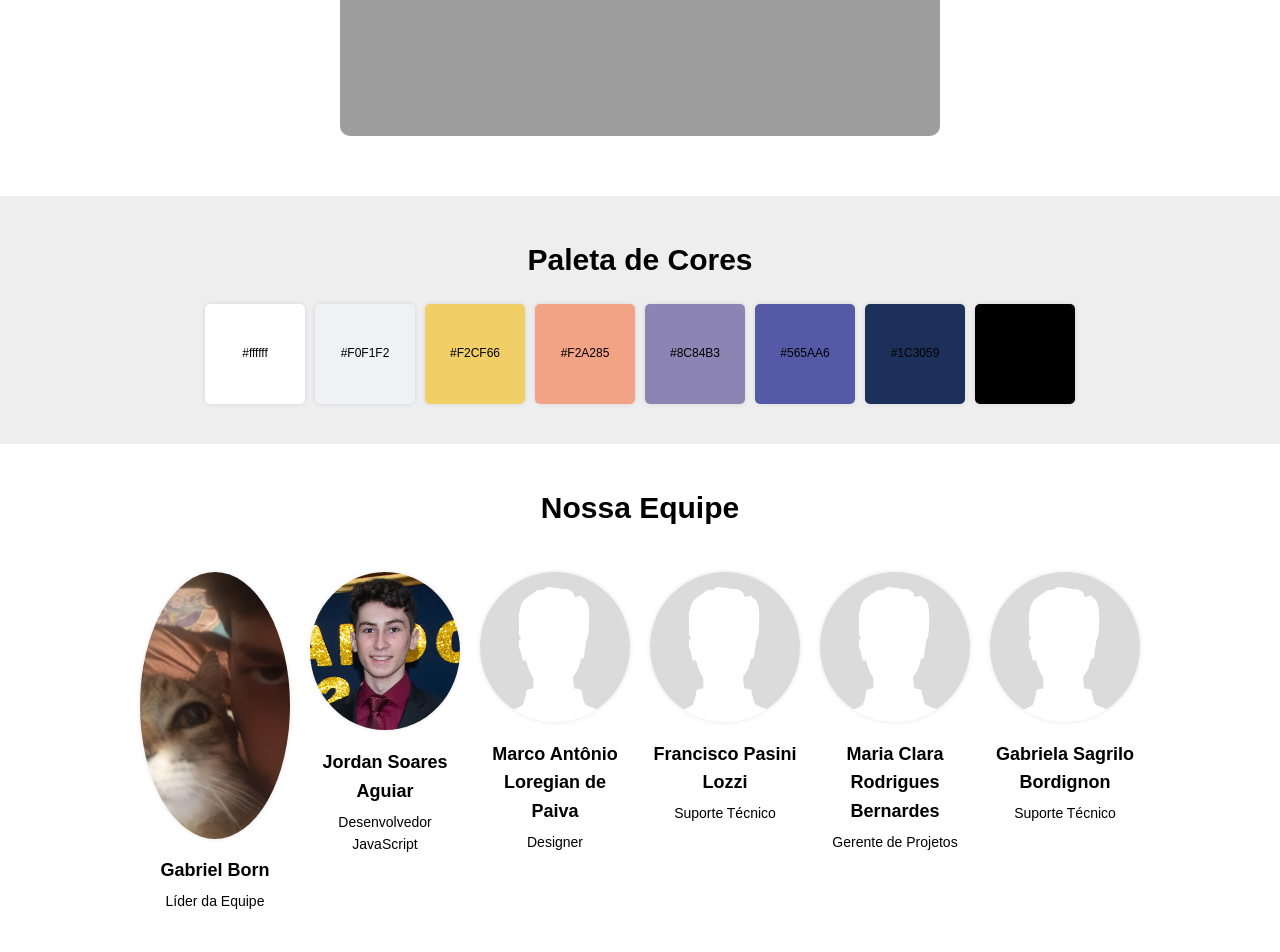
Repository: Gabrielb0rn/0EasyDesk.io
Page: about.html
An editor plug-in stored every save of this project. The page is shown before and after the next save, followed by the edit.
The browser window is 1280 px wide. The pictures show the part of the page from y = 800 to 1752 px (the page is 1752 px tall before and 1593 px after).
Pictures or frames that could not be fetched are drawn as grey boxes.

Above is the page before, as saved 2024-11-26 12:23:59.
Console error: TypeError: Cannot set properties of null (setting 'innerHTML')

### about.html
<!DOCTYPE html>
<html lang="pt-BR">
<head>
    <meta charset="UTF-8">
    <meta name="viewport" content="width=device-width, initial-scale=1.0">
    <title>EasyDesk</title>
    <link rel="stylesheet" href="assets\.css\components\about\about.css">
    <link rel="stylesheet" href="assets\.css\main.css">
    <link rel="shortcut icon" href="assets\.css\favicon\EasyDeskLogo.ico" type="image/x-icon">
</head>
<body>
    <header>
        <nav>
            <div class="left-section">
                <div class="logo">
                    <a href="index.html"><img src="assets\.css\favicon\EasyDeskLogo.ico" alt="Logo EasyDesk"></a>
                </div>
                <ul class="nav-links">
                    <li>
                        <img src="assets\.css\icons\nav\about-svgrepo-com.svg" alt="Sobre Nós">
                        <a href="about.html">Sobre Nós</a>
                    </li>
                    <li>
                        <img src="assets\.css\icons\nav\services-20px-svgrepo-com.svg" alt="Serviços">
                        <a href="services.html">Serviços</a>
                    </li>
                    <li>
                        <img src="assets\.css\icons\nav\prices-svgrepo-com.svg" alt="Preços / Planos">
                        <a href="prices.html">Preços / Planos</a>
                    </li>
                    <li>
                        <img src="assets\.css\icons\nav\shopping-bags-shopping-bag-svgrepo-com.svg" alt="Produtos">
                        <a href="product.html">Produtos</a>
                    </li>
                    <li>
                        <img src="assets\.css\icons\nav\contact-us-filled-svgrepo-com.svg" alt="Nos contate">
                        <a href="contactus.html">Nos contate</a>
                    </li>
                </ul>
            </div>
            <div class="auth-buttons">
                <div class="theme-toggle">
                    <img src="assets\.css\icons\nav\bright-sun-light-svgrepo-com.svg" alt="Mudar Tema" onclick="toggleTheme()">
                </div>

                <a href="login.html"><button class="sign-in">Login</button></a>
                <a href="register.html"><button>Register</button></a>
            </div>
        </nav>
    </header>
    <main>
        <section class="about-description">
            <h1>Sobre Nós</h1>
            <p>A EasyDesk é uma empresa especializada em soluções de gerenciamento de estoque que visa simplificar a organização e administração de inventários. Nosso objetivo é proporcionar uma plataforma fácil de usar e eficiente, que auxilie empresas de todos os tamanhos a manterem seus estoques sob controle, minimizando perdas e maximizando a eficiência operacional.</p>
        </section>

        <section class="about-location">
            <h2>Localização</h2>
            <div class="map-container">
                <iframe src="https://www.google.com/maps/embed?pb=!1m18!1m12!1m3!1d9510.208125819185!2d-48.49829735881138!3d-27.550291999660544!2m3!1f0!2f0!3f0!3m2!1i1024!2i768!4f13.1!3m3!1m2!1s0x9527475e01a8efef%3A0x5b0f13adab8483ec!2sSENAI%20Florian%C3%B3polis%20(CTAI)!5e1!3m2!1spt-BR!2sbr!4v1725464397725!5m2!1spt-BR!2sbr" width="600" height="450" style="border:0;" allowfullscreen="" loading="lazy" referrerpolicy="no-referrer-when-downgrade"x></iframe>
            </div>
        </section>

        <section class="about-colors">
            <h2>Paleta de Cores</h2>
            <div class="color-palette">
                <div class="color" style="background-color: #ffffff;">#ffffff</div>
                <div class="color" style="background-color: #F0F1F2;">#F0F1F2</div>
                <div class="color" style="background-color: #F2CF66;">#F2CF66</div>
                <div class="color" style="background-color: #F2A285;">#F2A285</div>
                <div class="color" style="background-color: #8C84B3;">#8C84B3</div>
                <div class="color" style="background-color: #565AA6;">#565AA6</div>
                <div class="color" style="background-color: #1C3059;">#1C3059</div>
                <div class="color" style="background-color: #000000;">#000000</div>
            </div>
        </section>

        <section class="about-team">
            <h2>Nossa Equipe</h2>
            <div class="team-members">
                <div class="member">
                    <img src="assets\.css\images\members\born.jpg" alt="Gabriel Born">
                    <h3>Gabriel Born</h3>
                    <p>Líder da Equipe</p>

                </div>
                <div class="member">
                    <img src="assets\.css\images\members\jordan.jpg" alt="Membro 1">
                    <h3>Jordan Soares Aguiar</h3>
                    <p>Desenvolvedor JavaScript</p>
                </div>
                <div class="member">
                    <img src="assets\.css\images\members\v53_158.png" alt="Membro 2">
                    <h3>Marco Antônio Loregian de Paiva</h3>
                    <p>Designer</p>
                </div>
                <div class="member">
                    <img src="assets\.css\images\members\v53_158.png" alt="Membro 3">
                    <h3>Francisco Pasini Lozzi</h3>
                    <p>Suporte Técnico</p>
                </div>
                <div class="member">
                    <img src="assets\.css\images\members\v53_158.png" alt="Membro 4">
                    <h3>Maria Clara Rodrigues Bernardes</h3>
                    <p>Gerente de Projetos</p>
                </div>
                <div class="member">
                    <img src="assets\.css\images\members\v53_158.png" alt="Membro 5">
                    <h3>Gabriela Sagrilo Bordignon</h3>
                    <p>Suporte Técnico</p>
                </div>
            </div>
        </section>
    </main>
    <script src="assets\,js\main.js"></script>
</body>
</html>

### assets/.css/components/about/about.css
/* Seção Sobre Nós */
.about-description {
    text-align: center;
    padding: 40px 20px;
    background-color: var(--header-bg);
}

.about-description h1 {
    font-size: 36px;
    margin-bottom: 20px;
}

.about-description p {
    font-size: 18px;
    margin: 0 auto;
    max-width: 800px;
}

/* Seção Localização */
.about-location {
    text-align: center;
    padding: 40px 20px;
}

.about-location h2 {
    font-size: 30px;
    margin-bottom: 20px;
}

.map-container {
    display: flex;
    justify-content: center;
    margin-bottom: 20px;
}

/* Seção Paleta de Cores */
.about-colors {
    text-align: center;
    padding: 40px 20px;
    background-color: var(--card-bg);
}

.about-colors h2 {
    font-size: 30px;
    margin-bottom: 20px;
}

.color-palette {
    display: flex;
    justify-content: center;
    gap: 10px;
    flex-wrap: wrap;
}

.color {
    width: 100px;
    height: 100px;
    display: flex;
    justify-content: center;
    align-items: center;
    font-size: 12px;
    color: var(--text-color);
    border-radius: 5px;
    box-shadow: 0 0 5px rgba(0, 0, 0, 0.1);
}

/* Seção Nossa Equipe */
.about-team {
    text-align: center;
    padding: 40px 20px;
}

.about-team h2 {
    font-size: 30px;
    margin-bottom: 40px;
}

.team-members {
    display: flex;
    justify-content: center;
    gap: 20px;
    flex-wrap: wrap;
}

.member {
    width: 150px;
    text-align: center;
}

.member img {
    width: 100%;
    height: auto;
    border-radius: 50%;
    box-shadow: 0 0 5px rgba(0, 0, 0, 0.1);
    margin-bottom: 10px;
}

.member h3 {
    font-size: 18px;
    margin-bottom: 5px;
}

.member p {
    font-size: 14px;
    color: var(--text-color);
}

/* Mapa*/
iframe{
    border-radius:  10px;
}

### assets/.css/main.css
/* Reset básico */
* {
    margin: 0;
    padding: 0;
    box-sizing: border-box;
}

/* Variáveis de tema */
:root {
    --bg-color: #ffffff;
    --text-color: #000000;
    --header-bg: #f0f0f0;
    --link-color: #000000;
    --link-hover-color: #6a11cb;
    --button-bg: #dddddd;
    --button-text-color: #000000;
    --hero-bg-gradient: linear-gradient(135deg, #ab64a2, #537ec5); /* Atualizado */
    --card-bg: #eeeeee;
    --card-hover-color: #cccccc;
}

body.dark-theme {
    --bg-color: #121212;
    --text-color: white;
    --header-bg: #1a1a1a;
    --link-color: white;
    --link-hover-color: #6a11cb;
    --button-bg: #333;
    --button-text-color: white;
    --hero-bg-gradient: linear-gradient(to bottom, #6a11cb, #2575fc); /* Inalterado no modo escuro */
    --card-bg: #444;
    --card-hover-color: #555;
    --theme-icon: 'resources/nav/moon-white-svgrepo-com (1).svg';
}

body {
    font-family: Arial, sans-serif;
    background-color: var(--bg-color);
    color: var(--text-color);
    line-height: 1.6;
}

/* Estilo do Header */
header nav {
    display: flex;
    justify-content: space-between;
    align-items: center;
    padding: 20px;
    background-color: var(--header-bg);
}

/* Seção esquerda contendo a logo e os links */
.left-section {
    display: flex;
    align-items: center;
}

/* Logo alinhada à esquerda */
.logo {
    display: flex;
    align-items: center;
    margin-right: 30px;
}

.logo img {
    width: 60px;
    height: auto;
}

/* Links de navegação à direita da logo */
.nav-links {
    list-style: none;
    display: flex;
    gap: 20px;
    margin-left: 0;
}

.nav-links a.active {
    font-weight: bold; /* Exemplo: destaque com negrito */
    color: var(--link-hover-color); /* Altere a cor */
    text-decoration: underline; /* Opcional */
}

.nav-links img.active {
    filter: brightness(1.5); /* Torna a imagem mais destacada */
}

/* Estilo dos itens de navegação */
.nav-links li {
    display: flex;
    flex-direction: column;
    align-items: center;
}

/* Estilo das imagens dos links */
.nav-links img {
    width: 24px;
    height: auto;
    margin-bottom: 5px;
    transition: filter 0.3s ease;
}

body.dark-theme .nav-links img {
    filter: brightness(0) invert(1); /* Torna a imagem branca no modo escuro */
}

/* Estilo dos links */
.nav-links a {
    color: var(--link-color);
    text-decoration: none;
    font-size: 16px;
    transition: color 0.3s ease;
}

.nav-links a:hover {
    color: var(--link-hover-color);
}

/* Botões de autenticação */
.auth-buttons {
    display: flex;
    gap: 10px;
    align-items: center; /* Centraliza verticalmente */
}

.auth-buttons button {
    background-color: var(--button-bg);
    color: var(--button-text-color);
    border: none;
    padding: 10px 20px;
    cursor: pointer;
    border-radius: 5px;
    transition: background-color 0.3s ease;
}

.auth-buttons .sign-in {
    background-color: transparent;
    border: 1px solid var(--button-text-color);
}

.auth-buttons button:hover {
    background-color: var(--link-hover-color);
}

/* Hero Section */
.hero {
    text-align: center;
    padding: 80px 20px;
    background: var(--hero-bg-gradient);
}

.hero h1 {
    font-size: 56px;
    margin-bottom: 20px;
}

.hero p {
    font-size: 24px;
    margin-bottom: 40px;
}

.hero-images {
    display: flex;
    justify-content: center;
    gap: 20px;
    margin-bottom: 30px;
}

.hero-images img {
    width: 200px;
    height: auto;
    border-radius: 10px;
}

.hero-links {
    display: flex;
    justify-content: center;
    gap: 20px;
    flex-wrap: wrap;
}

.hero-links a {
    color: var(--link-color);
    text-decoration: none;
    font-size: 18px;
    background-color: var(--button-bg);
    padding: 10px 20px;
    border-radius: 5px;
    transition: background-color 0.3s ease;
}

.hero-links a:hover {
    background-color: var(--link-hover-color);
}

/* Overview Section */
.overview {
    display: flex;
    justify-content: space-around;
    padding: 40px 20px;
    background-color: var(--header-bg);
}

.card {
    background-color: var(--card-bg);
    padding: 20px;
    border-radius: 10px;
    width: 250px;
    text-align: center;
    transition: transform 0.3s ease;
}

.card:hover {
    transform: translateY(-10px);
    background-color: var(--card-hover-color);
}

.card h2 {
    font-size: 24px;
    margin-bottom: 15px;
}

.card p {
    margin-bottom: 10px;
    color: var(--text-color);
}

/* Estilo Responsivo */
@media (max-width: 768px) {
    .hero h1 {
        font-size: 40px;
    }

    .hero p {
        font-size: 20px;
    }

    .hero-images img {
        width: 150px;
    }

    .overview {
        flex-direction: column;
        align-items: center;
    }

    .card {
        width: 80%;
        margin-bottom: 20px;
    }
}

/* Estilo do botão de mudança de tema */
.theme-toggle img {
    margin-right: 15px;
    margin-top: 8px;
    width: 24px;
    height: auto;
    cursor: pointer;
    transition: filter 0.3s ease, transform 0.3s ease;
}

.theme-toggle img:hover {
    transform: scale(1.1);
}

body.dark-theme .theme-toggle img {
    filter: brightness(0) invert(1); /* Torna a imagem branca no modo escuro */
}

/* Responsividade para telas menores */
@media (max-width: 768px) {
    .contact-form-section {
        padding: 20px;
    }

    .contact-form button {
        padding: 12px;
    }
}

/* Seção específica para a página do plano básico */
.hero h1 {
    font-size: 48px;
    margin-bottom: 20px;
}

.hero p {
    font-size: 22px;
    margin-bottom: 40px;
}

/* Particulas bonitinhas */

.particle {
    position: absolute;
    width: 12px;
    height: 12px;
    background-color: #40ffff;
    border-radius: 50%;
    pointer-events: none;
    animation: particle-move 1s forwards;
}

@keyframes particle-move {
    to {
        transform: translate(var(--x), var(--y));
        opacity: 0;
    }
}

### assets/,js/main.js
function toggleTheme() {
    // Alterna a classe 'dark-theme' no body
    document.body.classList.toggle('dark-theme');

    // Verifica se o tema dark está ativado e armazena isso no localStorage
    if (document.body.classList.contains('dark-theme')) {
        localStorage.setItem('theme', 'dark');
    } else {
        localStorage.setItem('theme', 'light');
    }
}

// Função para aplicar o tema salvo no localStorage ao carregar a página
function applyTheme() {
    // Verifica o valor armazenado no localStorage
    const savedTheme = localStorage.getItem('theme');

    // Se o tema salvo for 'dark', aplica a classe 'dark-theme' no body
    if (savedTheme === 'dark') {
        document.body.classList.add('dark-theme');
    } else {
        document.body.classList.remove('dark-theme');
    }
}

// Chama a função para aplicar o tema ao carregar a página
document.addEventListener('DOMContentLoaded', function() {
    applyTheme(); // Aplica o tema salvo ao carregar a página

});

document.addEventListener('DOMContentLoaded', function() {
    // Função para registrar novo usuário
    function registerUser(name, email, password) {
        let users = JSON.parse(localStorage.getItem('users')) || [];
        let user = { name, email, password };
        users.push(user);
        localStorage.setItem('users', JSON.stringify(users));
    }

    // Função para autenticar usuário
    function loginUser(email, password) {
        let users = JSON.parse(localStorage.getItem('users')) || [];
        let user = users.find(user => user.email === email && user.password === password);
        return user ? true : false;
    }

    // Função para verificar se usuário está logado
    function checkLogin() {
        let isLoggedIn = localStorage.getItem('isLoggedIn');
        if (!isLoggedIn && window.location.pathname !== '/index.html' && window.location.pathname !== '/register.html') {
            window.location.href = 'index.html';
        }
    }

    // Adicionar usuário admin
    function addAdminUser() {
        let users = JSON.parse(localStorage.getItem('users')) || [];
        let adminExists = users.some(user => user.email === 'admin@admin.com');
        if (!adminExists) {
            users.push({ name: 'admin', email: 'admin@admin.com', password: 'admin' });
            localStorage.setItem('users', JSON.stringify(users));
        }
    }

    // Adicionar usuário admin no carregamento da página
    addAdminUser();

    // Eventos da página de cadastro
    if (window.location.pathname.endsWith('register.html')) {
        document.getElementById('registerForm').addEventListener('submit', function(event) {
            event.preventDefault();
            let name = document.getElementById('name').value;
            let email = document.getElementById('email').value;
            let password = document.getElementById('password').value;
            registerUser(name, email, password);
            alert('Usuário registrado com sucesso!');
            window.location.href = 'index.html';
        });
    }

    // Eventos da página de login
    if (window.location.pathname.endsWith('index.html')) {
        document.getElementById('loginForm').addEventListener('submit', function(event) {
            event.preventDefault();
            let email = document.getElementById('email').value;
            let password = document.getElementById('password').value;
            if (loginUser(email, password)) {
                localStorage.setItem('isLoggedIn', true);
                window.location.href = 'dashboard.html';
            } else {
                alert('E-mail ou senha incorretos.');
            }
        });
    }

    // Eventos da página de gerenciamento de produtos
    if (window.location.pathname.endsWith('dashboard.html')) {
        checkLogin();
        document.getElementById('productForm').addEventListener('submit', function(event) {
            event.preventDefault();
            let name = document.getElementById('productName').value;
            let description = document.getElementById('productDescription').value;
            let price = document.getElementById('productPrice').value;
            let quantity = document.getElementById('productQuantity').value;
            saveProduct(name, description, price, quantity);
            alert('Produto salvo com sucesso!');
            displayProducts();
        });

        function displayProducts() {
            let productList = document.getElementById('productList');
            productList.innerHTML = '';
            let products = listProducts();
            products.forEach(product => {
                let productElement = document.createElement('div');
                productElement.className = 'product';
                productElement.innerHTML = `
                    <h3>${product.name}</h3>
                    <p>${product.description}</p>
                    <p>Preço: ${product.price}</p>
                    <p>Quantidade: ${product.quantity}</p>
                    <button onclick="editProduct(${product.id}, '${product.name}', '${product.description}', ${product.price}, ${product.quantity})">Editar</button>
                    <button onclick="deleteProduct(${product.id})">Excluir</button>
                `;
                productList.appendChild(productElement);
            });
        }

        displayProducts();
    }

});

// Ajusta a navbar dinamicamente com base no status de login
const authSection = document.getElementById('auth-section');
const isLoggedIn = sessionStorage.getItem('isLoggedIn');
const userRole = sessionStorage.getItem('userRole');

if (isLoggedIn === 'true') {
    if (userRole === 'admin') {
        console.log('Exibindo ícone de admin...');
        authSection.innerHTML = `
        <div class="theme-toggle">
        <img src="assets/.css/icons/nav/bright-sun-light-svgrepo-com.svg" alt="Mudar Tema" onclick="toggleTheme()">
        </div>
            <div class="nav-links">
                <img src="assets/.css/icons/admin/crown-svgrepo-com.svg" alt="Admin" width="24px" height="auto">
            </div>
            <button class="logout" onclick="logout()">Logout</button>
            `;
    } else {
        authSection.innerHTML = `
            <button class="logout" onclick="logout()">Logout</button>
        `;
    }
} else {
    authSection.innerHTML = `
        <div class="theme-toggle">
        <img src="assets/.css/icons/nav/bright-sun-light-svgrepo-com.svg" alt="Mudar Tema" onclick="toggleTheme()">
        </div>
        <a href="login.html"><button class="sign-in">Login</button></a>
        <a href="register.html"><button>Register</button></a>
    `;
}

function logout() {
    sessionStorage.clear();
    alert('Você saiu.');
    window.location.href = 'product.html';
    authSection.innerHTML = `
        <a href="login.html"><button class="sign-in">Login</button></a>
        <a href="register.html"><button>Register</button></a>
    `;
}

//função para fazer as particulas bonitinhas

const container = document.querySelector('.hero');

container.addEventListener('mousemove', (e) => {
    createParticle(e.clientX, e.clientY);
});

function createParticle(x, y) {
    const particle = document.createElement('div');
    particle.classList.add('particle');

    particle.style.left = `${x - 5}px`;
    particle.style.top = `${y - 5}px`;

    const angle = Math.random() * 2 * Math.PI;
    const distance = Math.random() * 50 + 30;
    const xOffset = Math.cos(angle) * distance;
    const yOffset = Math.sin(angle) * distance;

    particle.style.setProperty('--x', `${xOffset}px`);
    particle.style.setProperty('--y', `${yOffset}px`);

    container.appendChild(particle);

    setTimeout(() => {
        particle.remove();
    }, 1000);
}

// NAV Ativo
// Obter a URL atual
const currentPath = window.location.pathname;

// Selecionar todos os links no menu
const navLinks = document.querySelectorAll(".nav-links a");

// Iterar pelos links para encontrar o que corresponde à URL atual
navLinks.forEach(link => {
    if (link.getAttribute("href") === currentPath) {
        link.classList.add("active");
        // Adiciona também à imagem associada
        const img = link.previousElementSibling;
        if (img && img.tagName === "IMG") {
            img.classList.add("active");
        }
    }
});

After the next save:
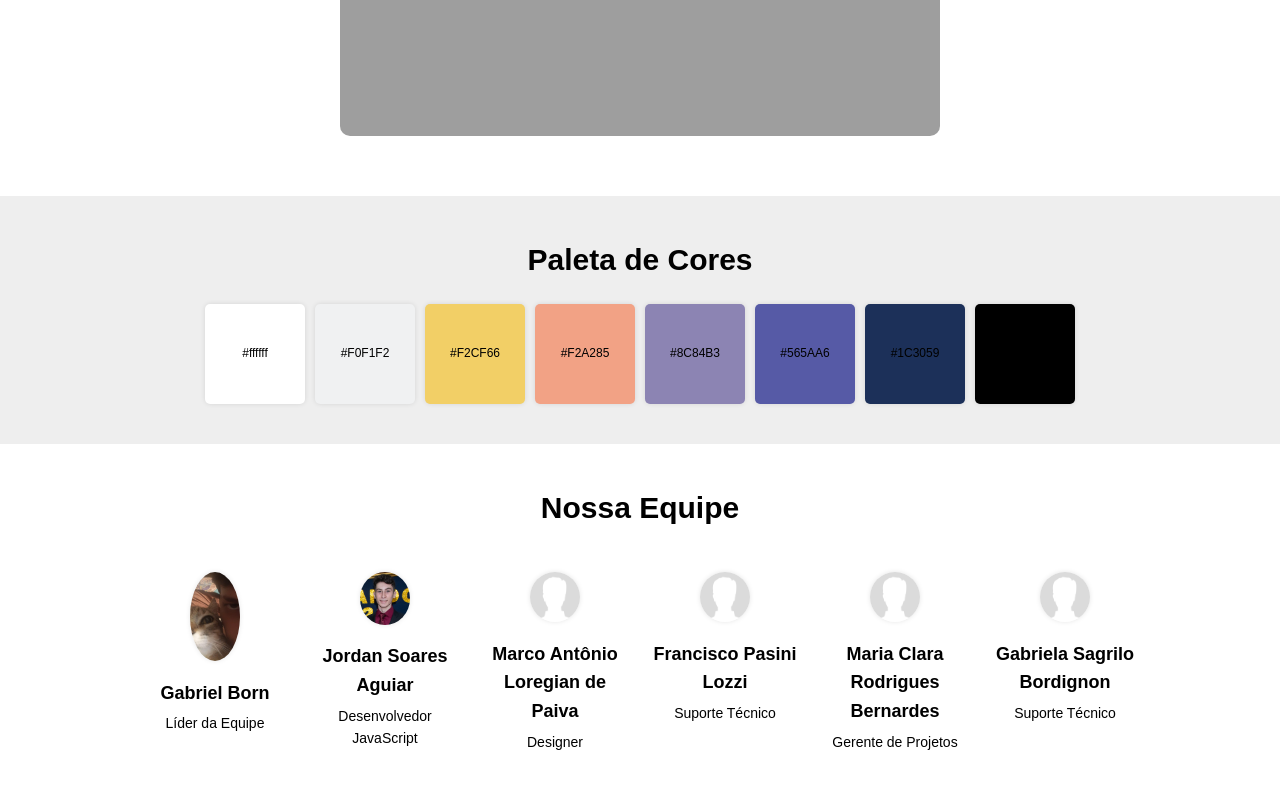
Saved 95 s later.
--- a/assets/.css/components/about/about.css
+++ b/assets/.css/components/about/about.css
@@ -88,7 +88,7 @@
 }
 
 .member img {
-    width: 100%;
+    width: 50px;
     height: auto;
     border-radius: 50%;
     box-shadow: 0 0 5px rgba(0, 0, 0, 0.1);
